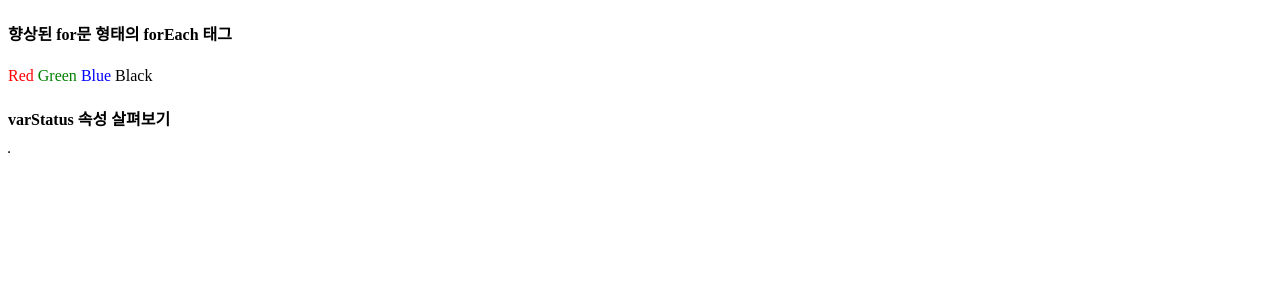
Repository: Motibidu/JSP_Servlet
Page: http://localhost/MushHaveJsp/11JSTL/core/ForEachExtend1.jsp
An editor plug-in stored every save of this project. The page is shown before and after the next save, followed by the edit.
The browser window is 1280 px wide. The pictures show the whole page.
The page is served by Tomcat 10. Other server files are loaded and not shown.

Above is the page before, as saved 2025-05-13 02:45:13.

### MushHaveJsp/src/main/webapp/11JSTL/core/ForEachExtend1.jsp
<%@ page language="java" contentType="text/html; charset=UTF-8"
    pageEncoding="UTF-8"%>
<%@ taglib prefix="c" uri="jakarta.tags.core"%>
<!DOCTYPE html>
<html>
<head>
<meta charset="UTF-8">
<title>JSTL - forEach2</title>
</head>
<body>
	<h4>향상된 for문 형태의 forEach 태그</h4>
	<%
	String[] rgba= {"Red", "Green", "Blue", "Black"};
	%>

	<c:forEach items= "<%= rgba %>" var= "c">
		<span style="color:${ c };">${ c }</span>
	</c:forEach>

	<h4>varStatus 속성 살펴보기</h4>
	<table border= "1">

	</table>

</body>
</html>

After the next save:
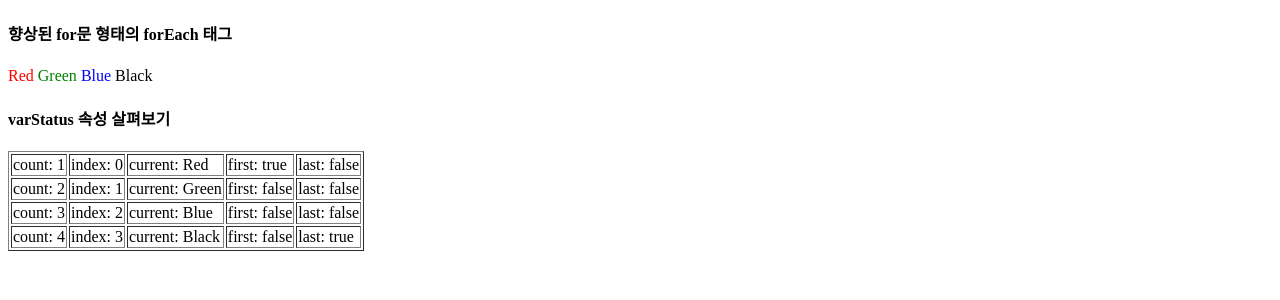
Saved 65 s later.
--- a/MushHaveJsp/src/main/webapp/11JSTL/core/ForEachExtend1.jsp
+++ b/MushHaveJsp/src/main/webapp/11JSTL/core/ForEachExtend1.jsp
@@ -19,7 +19,15 @@
 
 	<h4>varStatus 속성 살펴보기</h4>
 	<table border= "1">
-
+		<c:forEach items= "<%= rgba %>" var= "c" varStatus="loop">
+			<tr>
+				<td>count: ${ loop.count }</td>
+				<td>index: ${ loop.index }</td>
+				<td>current: ${ loop.current }</td>
+				<td>first: ${ loop.first }</td>
+				<td>last: ${ loop.last }</td>
+			</tr>
+		</c:forEach>
 	</table>
 
 </body>
